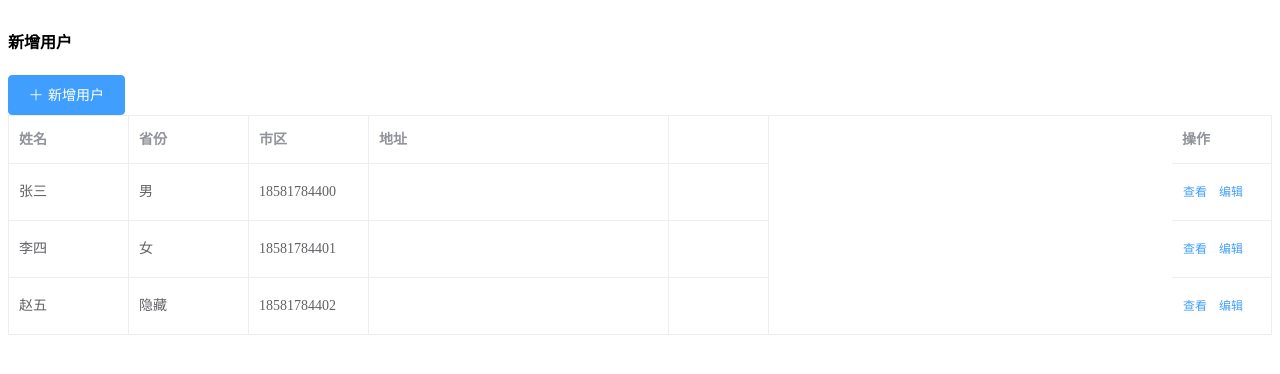
Repository: xinwuhao/New-user
Page: /
The author's editor kept a copy of each file at every save. The page is drawn from the files as they stood at one save, then again after a run of saves.
The browser window is 1280 px wide. The pictures show the whole page.
The project was rebuilt for these pictures with package versions that can differ from the ones it lists, and the page was loaded fresh each time.

Above is the page before, as saved 2021-12-21 15:50:40.

After the next 2 saves:
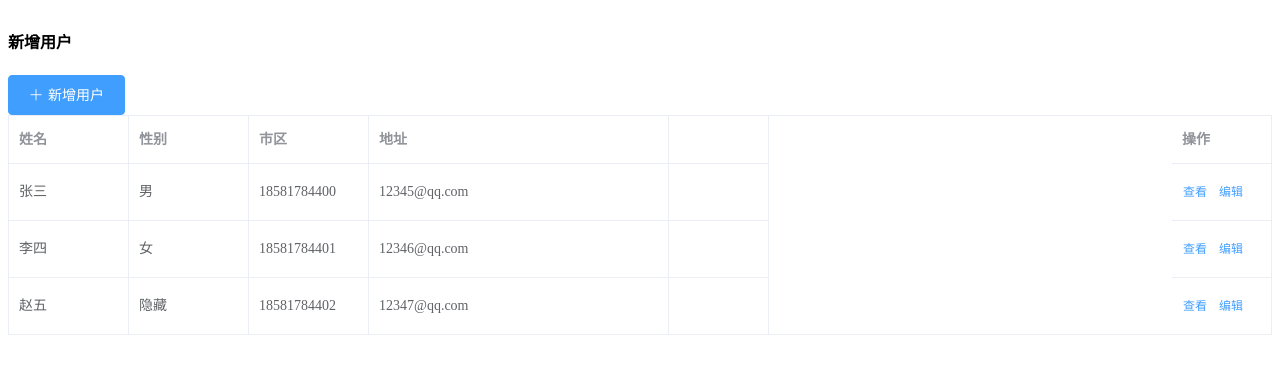
The 2 saves are shown as one change because they came seconds apart.
The last was saved 10 s later.
--- a/src/views/Home.vue
+++ b/src/views/Home.vue
@@ -49,11 +49,11 @@
         <el-table :data="list" border style="width: 100%">
           <el-table-column prop="name" label="姓名" width="120">
           </el-table-column>
-          <el-table-column prop="sex" label="省份" width="120">
+          <el-table-column prop="sex" label="性别" width="120">
           </el-table-column>
           <el-table-column prop="contact" label="市区" width="120">
           </el-table-column>
-          <el-table-column prop="address" label="地址" width="300">
+          <el-table-column prop="mailbox" label="地址" width="300">
           </el-table-column>
           <el-table-column fixed="right" label="操作" width="100">
             <template slot-scope="scope">
